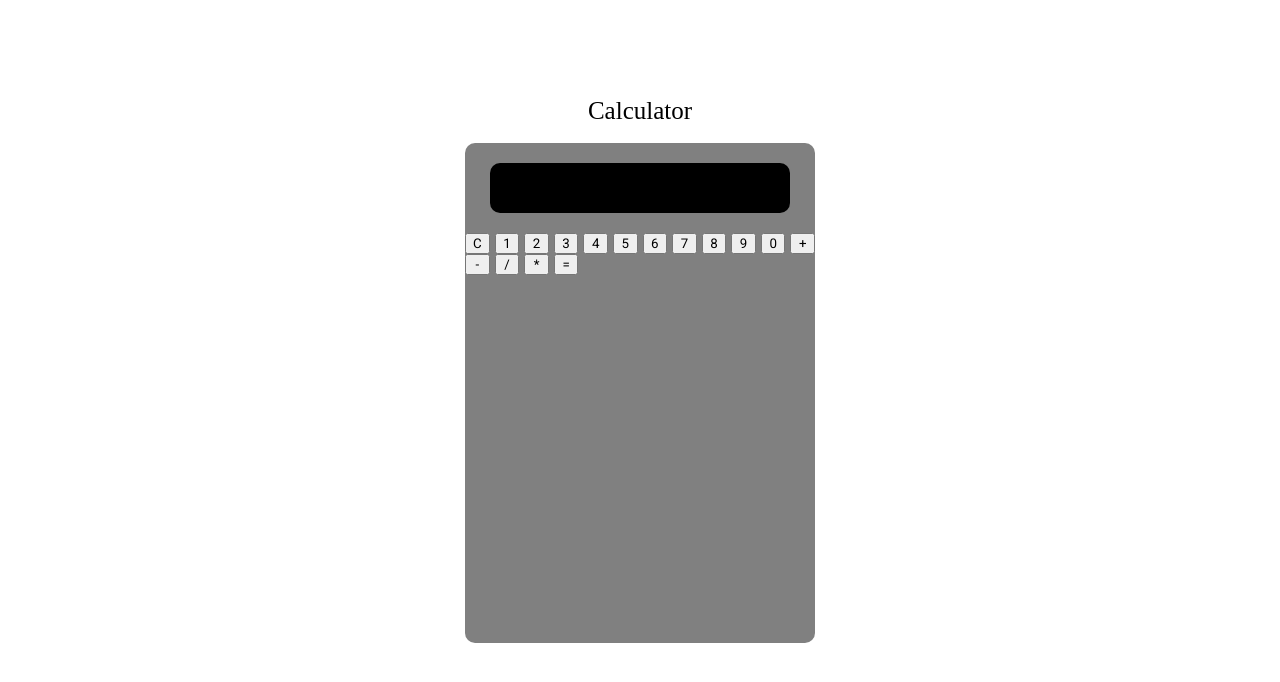
Repository: Gibon9/SimpleCalc
Page: index.html
The author's editor kept a copy of each file at every save. The page is drawn from the files as they stood at one save, then again after the next save.
The browser window is 1280 px wide. The pictures show the whole page.
Some web fonts or font styles are not loaded; a fallback is used.

Above is the page before, as saved 2020-11-27 18:23:41.

After the next save:
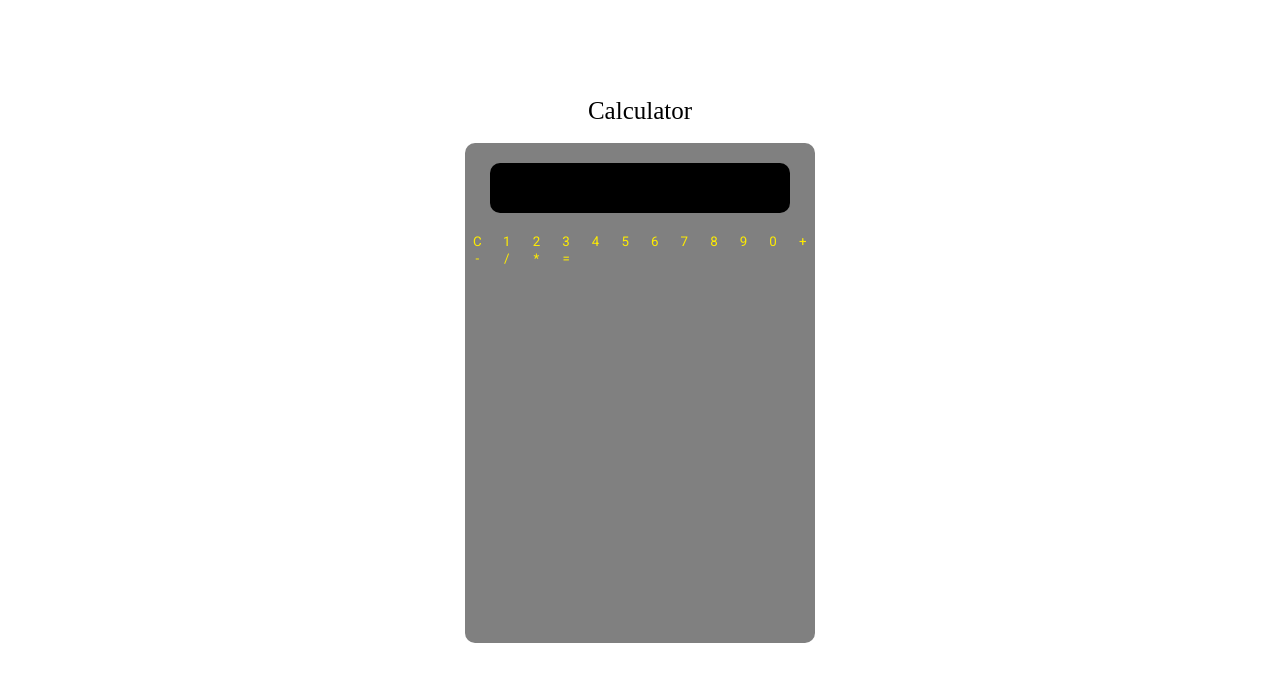
Saved 6 min 20 s later.
--- a/style/style.css
+++ b/style/style.css
@@ -52,3 +52,10 @@
   grid-template-columns: repeat(12, 1fr);
   column-gap: 5px;
 }
+
+.calc-button {
+    color: var(--secondary-color);
+    background-color: transparent;
+    border: 2px solid var(--secondary-color)
+    border-radius: 50%;
+}
